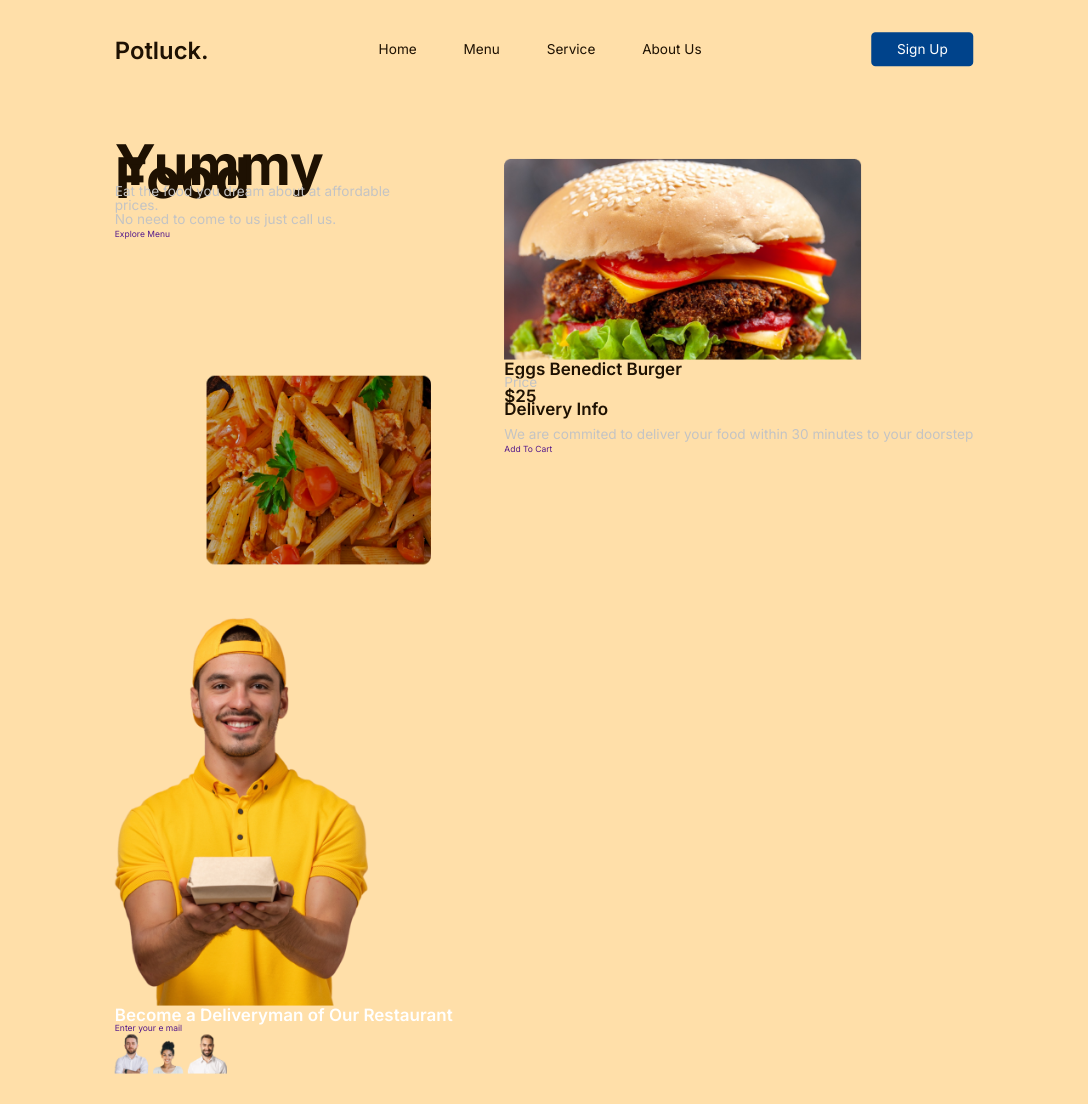
Repository: kien181999/potluck-restaurant-landing
Page: index.html
These files come from the project's save history. The page is drawn as it stood at one moment and after a run of saves; the edit follows.
The browser window is 1280 px wide. The pictures show the whole page, at 85% of full size.
The style sheet was rebuilt from its Sass, Less or Tailwind sources for each picture, by a compiler version that may differ from the author's.

Above is the page before, as saved 2022-06-18 05:37:57.

### index.html
<!DOCTYPE html>
<html lang="en">

<head>
    <meta charset="UTF-8">
    <meta http-equiv="X-UA-Compatible" content="IE=edge">
    <meta name="viewport" content="width=device-width, initial-scale=1.0">
    <link rel="stylesheet" href="/css/style.css">
    <title>Restaurant Landing Page</title>
</head>

<body>
    <div class="container">
        <section class="header">
            <div class="header__menu">
                <div class="header__menu--title">
                    <h2 class="heading-2">Potluck.</h2>
                </div>
                <ul class="header__menu--list">
                    <li class="header__menu--link">
                        <a href="" class="header__menu--item">Home</a>
                    </li>
                    <li class="header__menu--link">
                        <a href="" class="header__menu--item">Menu</a>
                    </li>
                    <li class="header__menu--link">
                        <a href="" class="header__menu--item">Service</a>
                    </li>
                    <li class="header__menu--link">
                        <a href="" class="header__menu--item">About Us</a>
                    </li>
                </ul>
                <div class="header__menu--button">
                    <a href="" class="btn__blue">Sign Up</a>
                </div>
            </div>
            <div class="header__content">
                <div class="header__content--text">
                    <div class="header__content--text-1">
                        <h1 class="heading-1">Yummy Food</h1>
                    </div>
                    <div class="header__content--text-2">
                        <span class="heading-span">
                            Eat the food you dream about at affordable prices.
                        </span>
                        <br>
                        <span class="heading-span">
                            No need to come to us just call us.
                        </span>
                    </div>
                    <div class="header__content--text-button">
                        <a href="" class="btn__yellow">Explore Menu</a>
                    </div>
                    <div class="header__content--text-img">
                        <img src="/img/penne-pasta-tomato-sauce-with-chicken-tomatoes-wooden-table 1.png" alt=""
                            class="header__content--text-jpg">
                    </div>
                </div>
                <div class="header__content--card">
                    <div class="header__content--card--item">
                        <div class="header__content--card-img">
                            <img src="/img/front-view-tasty-meat-burger-with-cheese-salad-dark-background 1.png" alt=""
                                class="header__content--card--jpg">
                            <div class="header__content--card--icon--1">
                                <i class="ri-arrow-left-s-line"></i>
                            </div>
                            <div class="header__content--card--icon--2">
                                <i class="ri-heart-line"></i>
                            </div>
                        </div>
                        <div class="header__content--card--text">
                            <div class="header__content--card--title">
                                <h3 class="heading-3">
                                    Eggs Benedict Burger
                                </h3>
                            </div>
                            <div class="header__content--card-price">
                                <span class="heading-span">Price</span><h3 class="heading-3">$25</h3>
                            </div>
                            <div class="header__content--card--info">
                                <h3 class="heading-3">Delivery Info</h3>
                                <br>
                                <span class="heading-span">We are commited to deliver your food within 30 minutes to your doorstep</span>
                            </div>
                            <div class="header__content--card--button">
                                <a href="" class="btn-yellow">Add To Cart</a>
                            </div>
                        </div>
                    </div>
                </div>
            </div>
            <div class="header__hr">
                <div class="header__hr--img">
                    <img src="/img/front-view-male-courier-yellow-uniform-cape-holding-little-delivery-food-package-pink-background-removebg 1.png" alt="" class="header__hr--jpg">
                </div>
                <div class="header__hr--jd">
                    <div class="header__hr--jd--text">
                        <h3 class="heading-3-white">Become a Deliveryman of Our Restaurant</h3>
                    </div>
                    <div class="header__hr--jd--btn">
                        <a href="" class="btn-blue"><i class="ri-mail-line"></i>Enter your e mail</a>
                    </div>
                </div>
                <div class="header__hr--emp">
                    <div class="header__hr--emp--img">
                        <img src="./img/image 731.png" alt="" class="header__hr--emp-jpg">
                        <img src="./img/image 732.png" alt="" class="header__hr--emp-jpg">
                        <img src="./img/image 856.png" alt="" class="header__hr--emp-jpg">
                    </div>
                </div>
            </div>
        </section>
    </div>
</body>

</html>

### sass/main.scss
@import 'base';
@import 'typography';
@import 'variable';
@import 'header';
@import 'button';

### sass/_base.scss
@import url("https://fonts.googleapis.com/css2?family=Inter:wght@100;200;300;400;500;600;700;800&display=swap");

*{
    margin: 0;
    padding: 0;
    outline: none;
    text-decoration: none;
    box-sizing: border-box;
}

::before,::after{
    box-sizing: border-box;
}
html{
    box-sizing: border-box;
    font-size: 62.5%;
    scroll-behavior: smooth;
    font-family: var(--body-font);
}
body{
    padding: 0;
    margin: 0;
    line-height: 1.5rem;
    background-color: var(--body-color);
}
.container{
    padding: 3.2rem 13.5rem;
}

### sass/_typography.scss
.heading-1{
    font-family: var(--body-font);
    font-size: 6.6rem;
    color: var(--primary-color);
    font-weight: 700;
}
.heading-2{
    font-family: var(--body-font);
    font-size: 2.8rem;
    color: var(--primary-color);
    font-weight: 600;
}
.heading-3{
    font-family: var(--body-font);
    font-size: 2rem;
    color: var(--primary-color);
    font-weight: 600;
}
.heading-3-white{
    font-family: var(--body-font);
    font-size: 2rem;
    color: var(--white-color);
    font-weight: 600;
}
.heading-span{
    font-family: var(--body-font);
    font-size: 1.6rem;
    color: var(--text-color);
    font-weight: 400;
}

### sass/_variable.scss
:root{
    --body-color: #FFDFA9;
    --primary-color: #1E1102;
    --secondary-color: #58524A;
    --text-color: #c4c4c4;
    --blue-color: #196dc7;
    --bold-blue-color: #00438B;
    --yellow-color: #FF8D07;
    --white-color: #fff;
    --body-font: 'Inter', sans-serif;
}

### sass/_header.scss
.header{
    &__menu{
        display: flex;
        margin-bottom: 10rem;
        justify-content: space-between;
        align-items: center;
        height: 5.5rem;
        &--list{
            display: flex;
            list-style: none;
            justify-content: space-between;
            width: 38rem;
        }
        &--item{
            font-size: 1.6rem;
            color: var(--primary-color);
            text-decoration: none;
            transition: all .2s;
            &:hover{
                color: var(--yellow-color);
            }
        }
    }
    &__content{
        display: flex;
        justify-content: space-between;
        &--text{
            width: 35rem;
            height: 54rem;
            position: relative;
            &-img{
                position: absolute;
                height: 26.5rem;
                width: 22.2rem;
                bottom: 2rem;
                right: 2rem;
            }
        }
    }
}

### sass/_button.scss
.btn {
    &__blue {
        font-size: 1.6rem;
        color: var(--white-color);
        background-color: var(--bold-blue-color);
        padding: 1rem 3rem;
        border-radius: 5px;
        transition: all .2s;

        &:hover {
            background-color: var(--blue-color);
        }

        &:focus {
            outline: none;
            animation: pulsate 1s infinite;
        }
    }
}


@keyframes pulsate {
    0% {
        transform: scale(1);
        box-shadow: none;
    }

    50% {
        transform: scale(1.05);
        box-shadow: 0 1rem 4rem rgba(0, 0, 0, .25);
    }

    100% {
        transform: scale(1);
        box-shadow: none;
    }
}

After the next 3 saves:
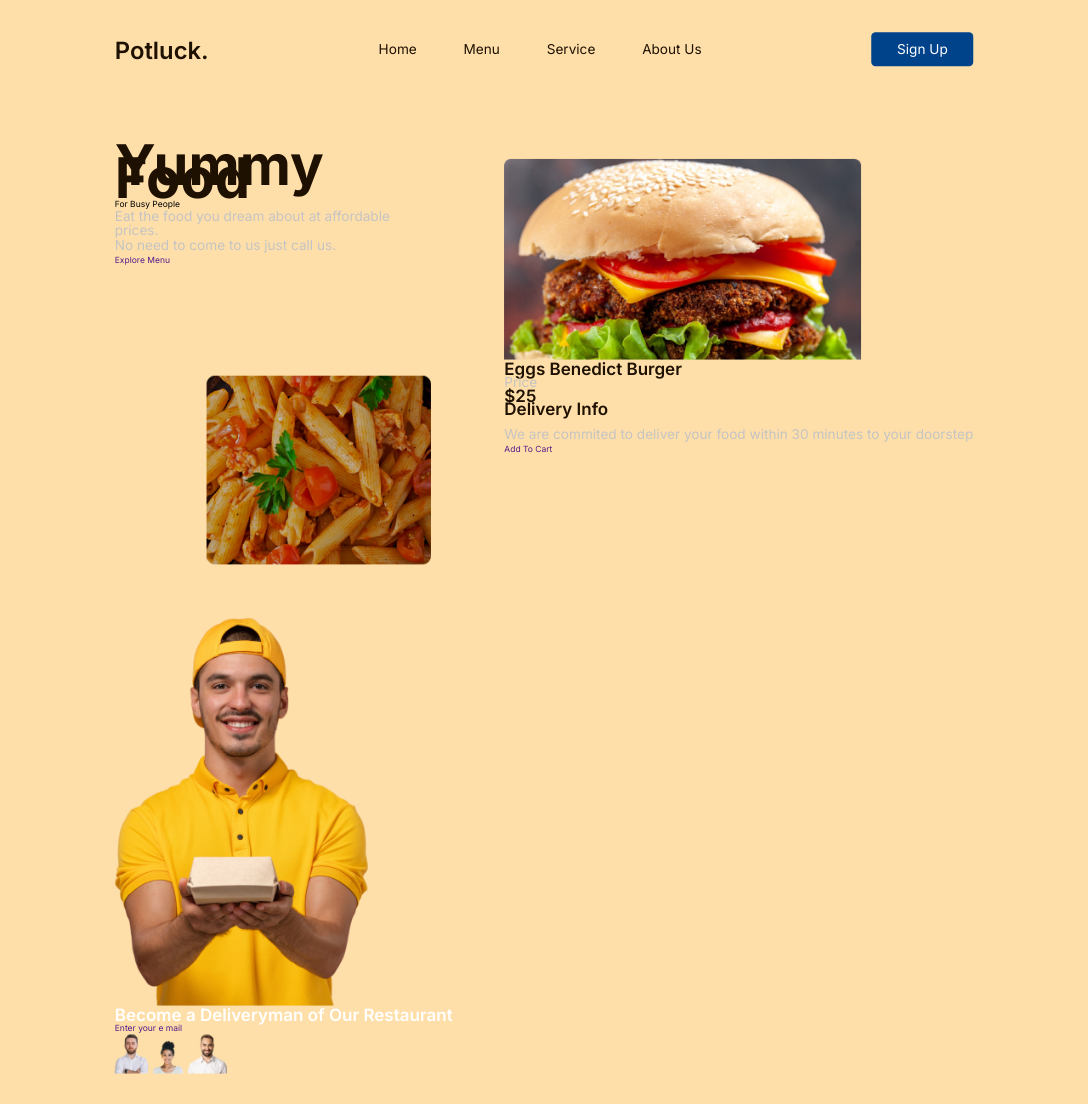
The 3 saves are shown as one change because they came seconds apart.
The last was saved 9 s later.
--- a/index.html
+++ b/index.html
@@ -38,6 +38,8 @@
                 <div class="header__content--text">
                     <div class="header__content--text-1">
                         <h1 class="heading-1">Yummy Food</h1>
+                        <br>
+                        For Busy People
                     </div>
                     <div class="header__content--text-2">
                         <span class="heading-span">
